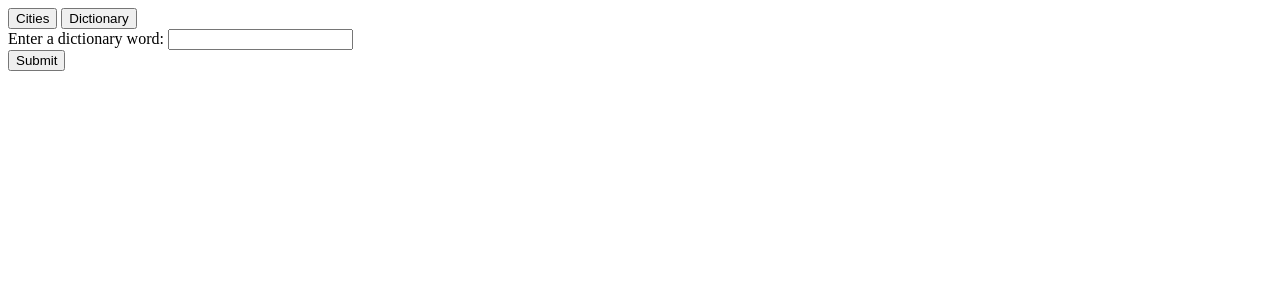
Repository: joshclement0/allHtml
Page: httpsnode/owl/public/owl.html
The author's editor kept a record of every edit. The page is drawn from the files as they stood at one moment, then again after the next edit.
The browser window is 1280 px wide. The pictures show the whole page.
Some web libraries are served in a nearby version.

Above is the page before.
Console error: SyntaxError: Invalid or unexpected token

After the next edit:
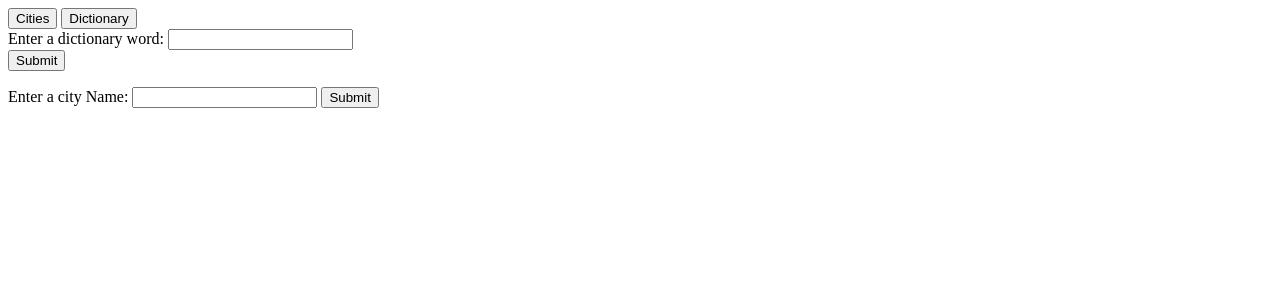
The edit:
--- a/httpsnode/owl/public/owl.html
+++ b/httpsnode/owl/public/owl.html
@@ -20,6 +20,11 @@
                 <span id="owldef"></span>
         </div>
         <div id="city">
+            <form>
+                Enter a city Name: <input type="text" id="cityField" value="">
+                <button id="citySubmit" type="submit">Submit</button>
+                </form>
+                <span id="citylist"></span><span id="weatherList"></span>
         </div>
     </main>
     <script>
